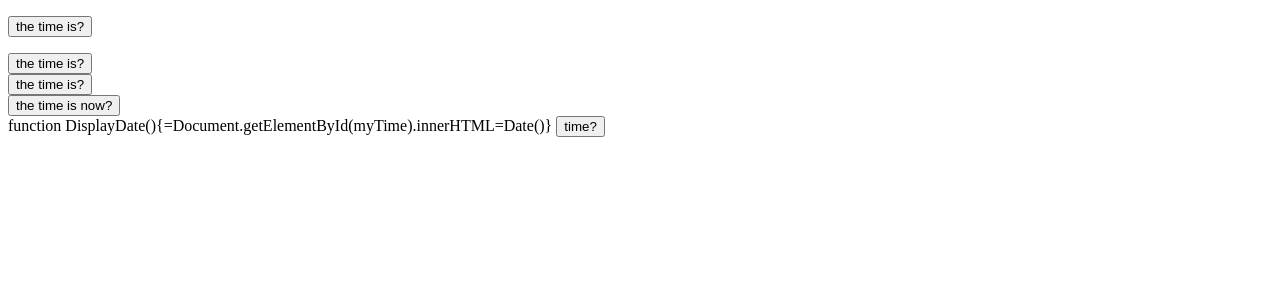
Repository: Dauddaniel/my-clock
Page: Bulb/Event.html
An editor plug-in stored every save of this project. The page is shown before and after the next save, followed by the edit.
The browser window is 1280 px wide. The pictures show the whole page.

Above is the page before, as saved 2023-05-18 08:32:06.

After the next save:
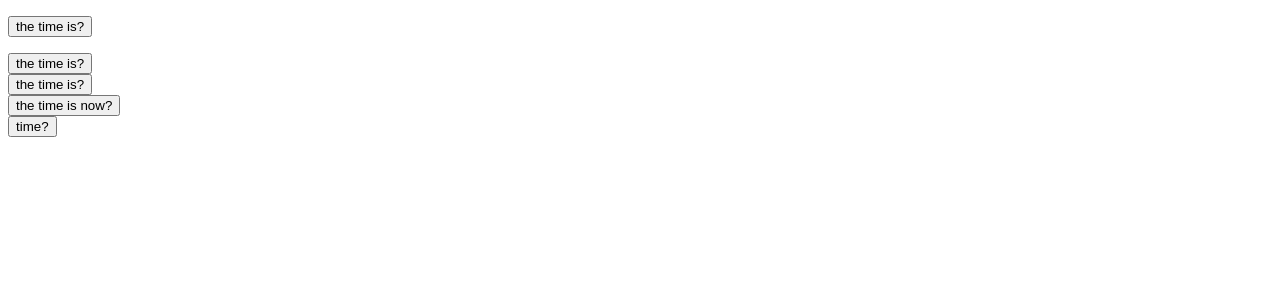
Saved 86 s later.
--- a/Bulb/Event.html
+++ b/Bulb/Event.html
@@ -17,7 +17,7 @@
     <button onclick="DisplayDate()">the time is now?</button><br>
     <audio src="audio.mp3" control muted>sorry your browser does not support embedding audio.</audio>
 
-        function DisplayDate(){=Document.getElementById(myTime).innerHTML=Date()}
+
 
     <button onmouseout="document.getElementById(onMouse).innerHTML=Date()">time?</button>
     <p id="onmouse"></p>
